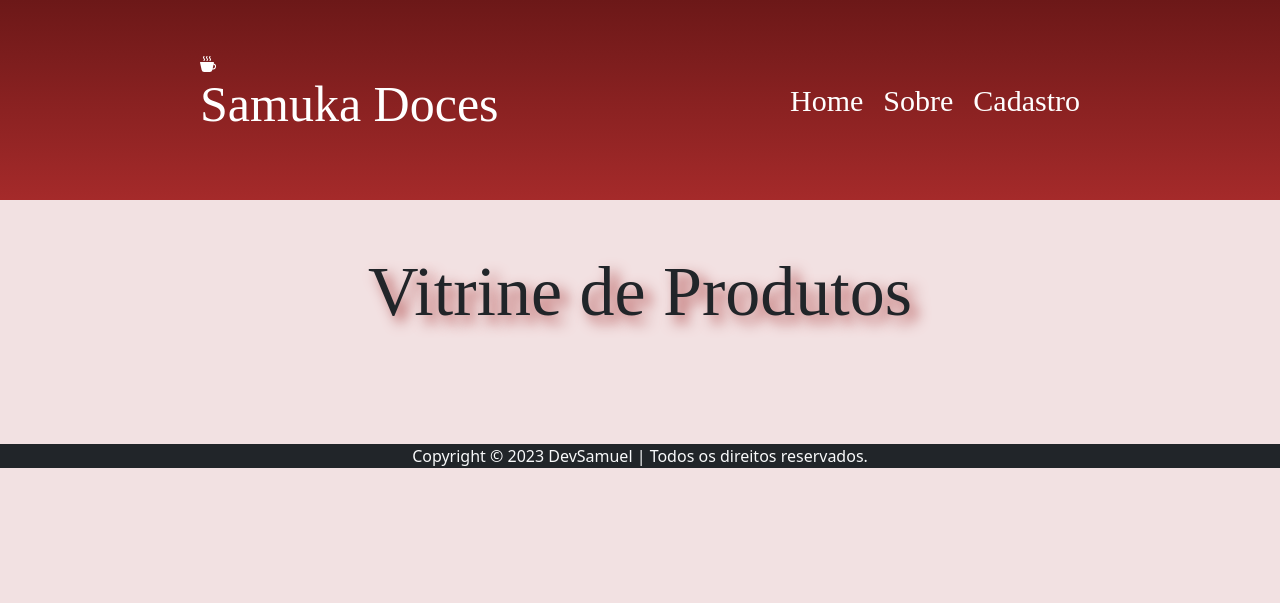
Repository: devsamuel23/github.io-doces_GIT
Page: /
The author's editor kept a copy of each file at every save. The page is drawn from the files as they stood at one save, then again after a run of saves.
The browser window is 1280 px wide. The pictures show the whole page.
The page's requests for data from a server got no answer. The project was rebuilt for these pictures with package versions that can differ from the ones it lists, and the page was loaded fresh each time. No one was signed in, and anything a server would have sent is missing. Also part of the build but not shown: src/index.css, src/pages/Home/styles.css, src/pages/Home/index.js, src/pages/Sobre/index.js, src/pages/Cadastro/style.css, src/pages/Cadastro/index.js, src/pages/Erro/style.css, src/pages/Erro/index.js and 4 more.

Above is the page before, as saved 2023-04-14 20:56:42.

### public/index.html
<!DOCTYPE html>
<html lang="pt-br">
  <head>
    <meta charset="utf-8" />
    <link rel="icon" href="http://gg.gg/doceee" />
    <meta name="viewport" content="width=device-width, initial-scale=1" />


    <title>Samuka Doces</title>
  </head>
  <body>
    <noscript>You need to enable JavaScript to run this app.</noscript>
    <div id="root"></div>
  </body>
</html>

### src/index.js
import React from 'react';
import ReactDOM from 'react-dom/client';
import './index.css';
import App from './App';

const root = ReactDOM.createRoot(document.getElementById('root'));
root.render(

    <App />

);

### src/App.js
import RoutesApp from "./routes";


function App() {
  return (
          <RoutesApp />

  );
}

export default App;

### src/routes.js
import { BrowserRouter, Routes, Route } from "react-router-dom";

import Home from "./pages/Home";
import Sobre from "./pages/Sobre";
import Cadastro from "./pages/Cadastro";
import Erro from "./pages/Erro";
import Produto from "./pages/Produto";
import Vitrine from "./pages/Vitrine";
import Detalhes from "./pages/Detalhes";

import Header from "./components/Header";
import Footer from "./components/Footer";

function RoutesApp() {
  return (
    <BrowserRouter>
      <Header />

      <Routes>
        <Route>
          {/* <Route path="/" element={<Home />} /> */}
          <Route path="/Sobre" element={<Sobre />} />
          <Route path="/" element={<Vitrine />} />
          <Route path="/Cadastro" element={<Cadastro />} />
          <Route path="/Produto/:id" element={<Produto />} />
          <Route path="/Detalhes" element={<Detalhes />} />

          <Route path="*" element={<Erro />} />
        </Route>
      </Routes>
      <Footer/>
    </BrowserRouter>
  );
}

export default RoutesApp;

### src/pages/Vitrine/index.js
import React, { useEffect, useState } from "react";
import api from '../../services/api';
import './../Vitrine/style.css'
import { useNavigate } from "react-router-dom";


function Body (){

  const [produtos, setProdutos] = useState([]);
  useEffect(() => {
    api.get(`https://63069afec0d0f2b8011f9944.mockapi.io/produtos/`)
       .then((response) => {
         console.log(response);
         setProdutos(response.data.slice(78, 86))
      })
      .catch((err) => {
        console.error("ops! ocorreu um erro : " + err);
      });
  }, [ ]);

  const navigate = useNavigate();

  // function iniciar(productId) {
  //   navigate(`/produto/${productId}`);


  //   }

    function handleClick(event) {
      // Details button
      if (event.target.dataset.action === "details_btn") {
        const id = event.target.dataset.id;
        const produto = produtos.find((prod) => prod.id === id);
        navigate(`/produto/${produto.id}`)
      }
    }
    return(
      <>
        <div className="vit">
          <h1>Vitrine de Produtos</h1>


        <div className="container-vitrine">
          {produtos.map((produto) => (
          <span key={produto.id} className="item-vitrine">
            <img className="img-sombra" src={produto.imagem} alt={produto.nome} />
          </span>
        ))}
        </div>

        <div className="cards-vitrine">
        {produtos.map((produto) => (
        <div key={produto.id} className="card">
          <img className="image" src={produto.imagem} alt={produto.nome} />
          <h2>{produto.nome}</h2>
          <button className="myButton" data-id={produto.id} data-action="details_btn" onClick={handleClick}>
            Detalhes
          </button>
        </div>
        ))}
        </div>
        </div>
      </>
    );
  }

  export default Body;

### src/components/Header/index.js
import { Link } from "react-router-dom";
import "./style.css";
import "bootstrap/dist/css/bootstrap.min.css";

function Header() {
  return (
    <header>
        <div className="logo">
      <svg
        xmlns="http://www.w3.org/2000/svg"
        width="16"
        height="16"
        fill="currentColor"
        className="bi bi-cup-hot-fill"
        viewBox="0 0 16 16"
      >
        <path
          fillRule="evenodd"
          d="M.5 6a.5.5 0 0 0-.488.608l1.652 7.434A2.5 2.5 0 0 0 4.104 16h5.792a2.5 2.5 0 0 0 2.44-1.958l.131-.59a3 3 0 0 0 1.3-5.854l.221-.99A.5.5 0 0 0 13.5 6H.5ZM13 12.5a2.01 2.01 0 0 1-.316-.025l.867-3.898A2.001 2.001 0 0 1 13 12.5Z"
        />
        <path d="m4.4.8-.003.004-.014.019a4.167 4.167 0 0 0-.204.31 2.327 2.327 0 0 0-.141.267c-.026.06-.034.092-.037.103v.004a.593.593 0 0 0 .091.248c.075.133.178.272.308.445l.01.012c.118.158.26.347.37.543.112.2.22.455.22.745 0 .188-.065.368-.119.494a3.31 3.31 0 0 1-.202.388 5.444 5.444 0 0 1-.253.382l-.018.025-.005.008-.002.002A.5.5 0 0 1 3.6 4.2l.003-.004.014-.019a4.149 4.149 0 0 0 .204-.31 2.06 2.06 0 0 0 .141-.267c.026-.06.034-.092.037-.103a.593.593 0 0 0-.09-.252A4.334 4.334 0 0 0 3.6 2.8l-.01-.012a5.099 5.099 0 0 1-.37-.543A1.53 1.53 0 0 1 3 1.5c0-.188.065-.368.119-.494.059-.138.134-.274.202-.388a5.446 5.446 0 0 1 .253-.382l.025-.035A.5.5 0 0 1 4.4.8Zm3 0-.003.004-.014.019a4.167 4.167 0 0 0-.204.31 2.327 2.327 0 0 0-.141.267c-.026.06-.034.092-.037.103v.004a.593.593 0 0 0 .091.248c.075.133.178.272.308.445l.01.012c.118.158.26.347.37.543.112.2.22.455.22.745 0 .188-.065.368-.119.494a3.31 3.31 0 0 1-.202.388 5.444 5.444 0 0 1-.253.382l-.018.025-.005.008-.002.002A.5.5 0 0 1 6.6 4.2l.003-.004.014-.019a4.149 4.149 0 0 0 .204-.31 2.06 2.06 0 0 0 .141-.267c.026-.06.034-.092.037-.103a.593.593 0 0 0-.09-.252A4.334 4.334 0 0 0 6.6 2.8l-.01-.012a5.099 5.099 0 0 1-.37-.543A1.53 1.53 0 0 1 6 1.5c0-.188.065-.368.119-.494.059-.138.134-.274.202-.388a5.446 5.446 0 0 1 .253-.382l.025-.035A.5.5 0 0 1 7.4.8Zm3 0-.003.004-.014.019a4.077 4.077 0 0 0-.204.31 2.337 2.337 0 0 0-.141.267c-.026.06-.034.092-.037.103v.004a.593.593 0 0 0 .091.248c.075.133.178.272.308.445l.01.012c.118.158.26.347.37.543.112.2.22.455.22.745 0 .188-.065.368-.119.494a3.198 3.198 0 0 1-.202.388 5.385 5.385 0 0 1-.252.382l-.019.025-.005.008-.002.002A.5.5 0 0 1 9.6 4.2l.003-.004.014-.019a4.149 4.149 0 0 0 .204-.31 2.06 2.06 0 0 0 .141-.267c.026-.06.034-.092.037-.103a.593.593 0 0 0-.09-.252A4.334 4.334 0 0 0 9.6 2.8l-.01-.012a5.099 5.099 0 0 1-.37-.543A1.53 1.53 0 0 1 9 1.5c0-.188.065-.368.119-.494.059-.138.134-.274.202-.388a5.446 5.446 0 0 1 .253-.382l.025-.035A.5.5 0 0 1 10.4.8Z" />
      </svg>
      <h2 className="Slogan">Samuka Doces</h2>
      </div>

      <div className="menu">
        <Link to="/">Home</Link>
        <Link to="/Sobre">Sobre</Link>
        {/* <Link to="/Vitrine">Vitrine</Link> */}
        <Link to="/Cadastro">Cadastro</Link>

      </div>
    </header>
  );
}

export default Header;

### src/components/Footer/index.js
import "./style.css"
import "bootstrap/dist/css/bootstrap.min.css";

function Footer() {
  return (
    <div className="bg-dark text-light text-center " >
        Copyright © 2023 DevSamuel | Todos os direitos reservados.
    </div>
  )
}

export default Footer;

### src/services/api.js
import axios from 'axios';

const api = axios.create({
    baseURL :'https://63069afec0d0f2b8011f9944.mockapi.io/produtos/'
});

export default api;

### src/pages/Vitrine/style.css
body {
    background-color: #f2e1e2;
}

.vit {
    padding: 50px 200px;
}

.vit h1 {
    text-align: center;
    font-size: 70px;
    font-family: alex brush;
    text-shadow: rgb(175, 76, 76) 0.1em 0.1em 0.2em;
}

.container-vitrine {
    display: grid;
    grid-template-columns: repeat(4, 20%);
    grid-auto-rows: 300px;
    justify-content: center;
    margin-top: 60px;
}

.item-vitrine{
    display: block;
    overflow: hidden;
    width: 250px;
    height: 250px;
    border-width: 20px;
    border-style: solid;
    border-image: linear-gradient(0deg, #c05080, #bc827b) 1;
}

.item-vitrine img{
    width: 100%;
    height: 100%;
    object-fit: cover;
}
.img-sombra {
    box-shadow: 7px 7px 13px 10px rgba(20, 30, 40, 0.22);
}

.cards-vitrine{
    display: flex;
    flex-wrap: wrap;
}

.card {
    border-radius: 5px;
    box-shadow: 7px 7px 13px 0px rgb(170, 52, 52);
    padding: 30px;
    margin: 20px;
    width: 400px;
    transition: all 0.3s ease-out;
    justify-content: space-around;
}
.image{
    max-height: 250px;
    border-radius: 50%;
}
.card h2{
    font-weight: bold;
   text-align: center;
   padding: 30px 0;

}

.myButton {
	box-shadow: 3px 4px 0px 0px #899599;
	background:linear-gradient(to bottom, #ededed 5%, #bab1ba 100%);
	background-color:#ededed;
	border-radius:15px;
	border:1px solid #d6bcd6;
	display:inline-block;
	cursor:pointer;
	color:#3a8a9e;
	font-family:Arial;
	font-size:20px;
	padding:7px 25px;
	text-decoration:none;
	text-shadow:0px 1px 0px #e1e2ed;
}
.myButton:hover {
	background:linear-gradient(to bottom, #bab1ba 5%, #ededed 100%);
	background-color:#bab1ba;
}
.myButton:active {
	position:relative;
	top:1px;
}

### src/components/Header/style.css
* {
  margin: 0;
  padding: 0;
  box-sizing: border-box;
}

div .logo{
  width: 100%;
  height: 100px;
}
.Slogan{
    font-family: alex brush;
    font-size: 50px;
    width: auto;
    height: 100%;
    color: #FFF;
}
header{
  width: 100%;
  height: auto;
  background: rgb(165,42,42);
  background: linear-gradient(0deg, rgba(165,42,42,1) 0%, rgba(108,24,24,1) 100%);
  color: #FFF;

  display: flex;
  align-items: center;
  justify-content: space-between;
  padding: 50px 200px ;
}

header a{
  color: #FFF;
  font-size: 30px;
  font-family: alex brush;
  text-decoration: none;
}

header a + a{
  margin-left: 20px;
}

header a:hover{
  text-decoration: underline;
  color: #f2e1e2;
}

After the next 2 saves:
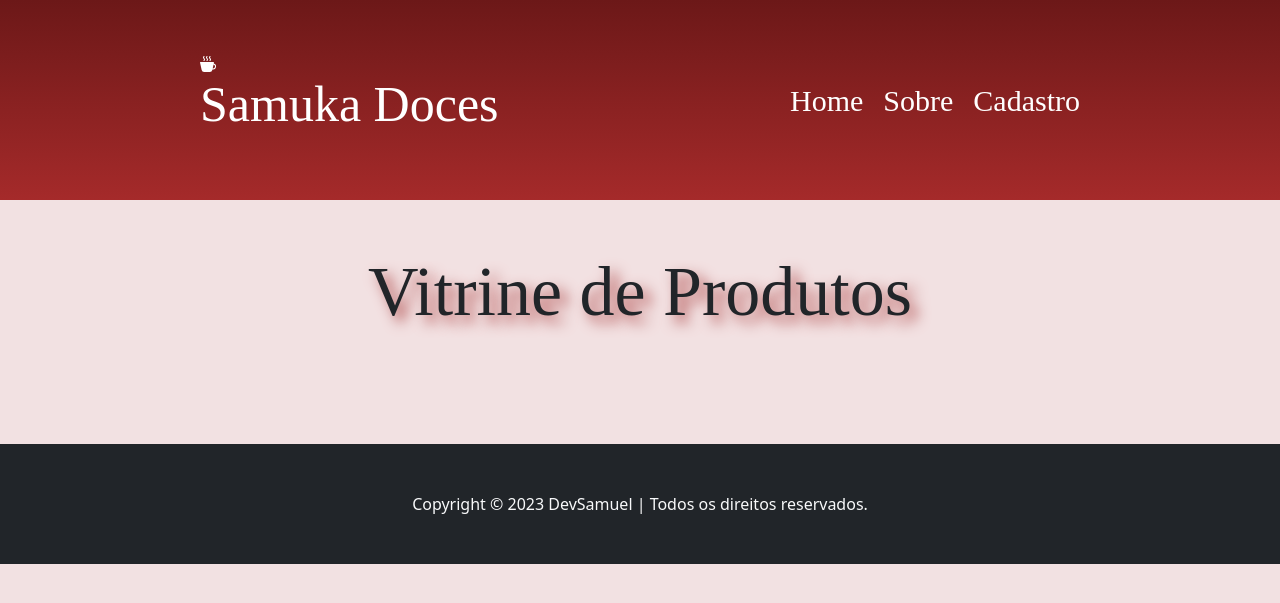
The 2 saves are shown as one change because they came seconds apart.
The last was saved 10 s later.
--- a/src/components/Footer/index.js
+++ b/src/components/Footer/index.js
@@ -3,7 +3,7 @@ import "bootstrap/dist/css/bootstrap.min.css";
 
 function Footer() {
   return (
-    <div className="bg-dark text-light text-center " >
+    <div className="bg-dark text-light text-center p-5" >
         Copyright © 2023 DevSamuel | Todos os direitos reservados.
     </div>
   )
